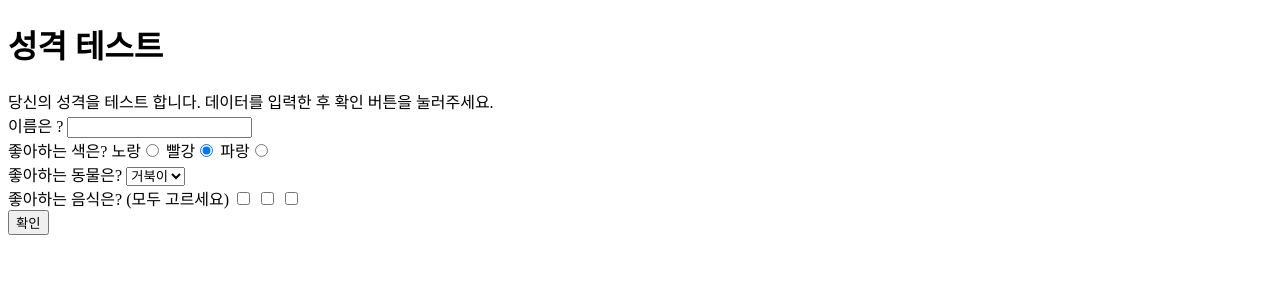
Repository: chanhooop/JSP
Page: http://localhost/Servlets/CharacterTest_01.jsp
The author's editor kept a copy of each file at every save. The page is drawn from the files as they stood at one save, then again after the next save.
The browser window is 1280 px wide. The pictures show the whole page.
The page is served by Tomcat 9.

Above is the page before, as saved 2021-05-07 08:41:09.

After the next save:
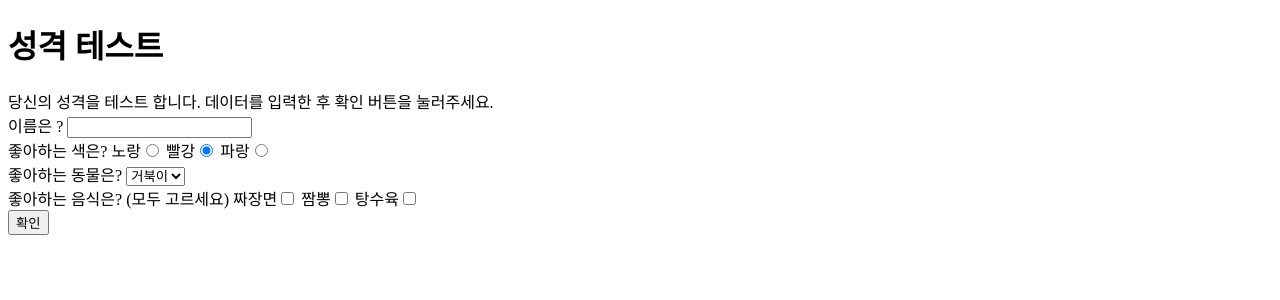
Saved 74 s later.
--- a/Servlets/src/main/webapp/CharacterTest_01.jsp
+++ b/Servlets/src/main/webapp/CharacterTest_01.jsp
@@ -21,9 +21,9 @@
 
 	</select><br>
 	좋아하는 음식은? (모두 고르세요)
-	<input type="checkbox" name="A" value="짜장">
-	<input type="checkbox" name="B" value="짬뽕">
-	<input type="checkbox" name="C" value="탕수육"> <br>
+	짜장면<input type="checkbox" name="check" value="짜장">
+	짬뽕<input type="checkbox" name="check" value="짬뽕">
+	탕수육<input type="checkbox" name="check" value="탕수육"> <br>
 
 	<input type="submit" value="확인">
 	</form>
